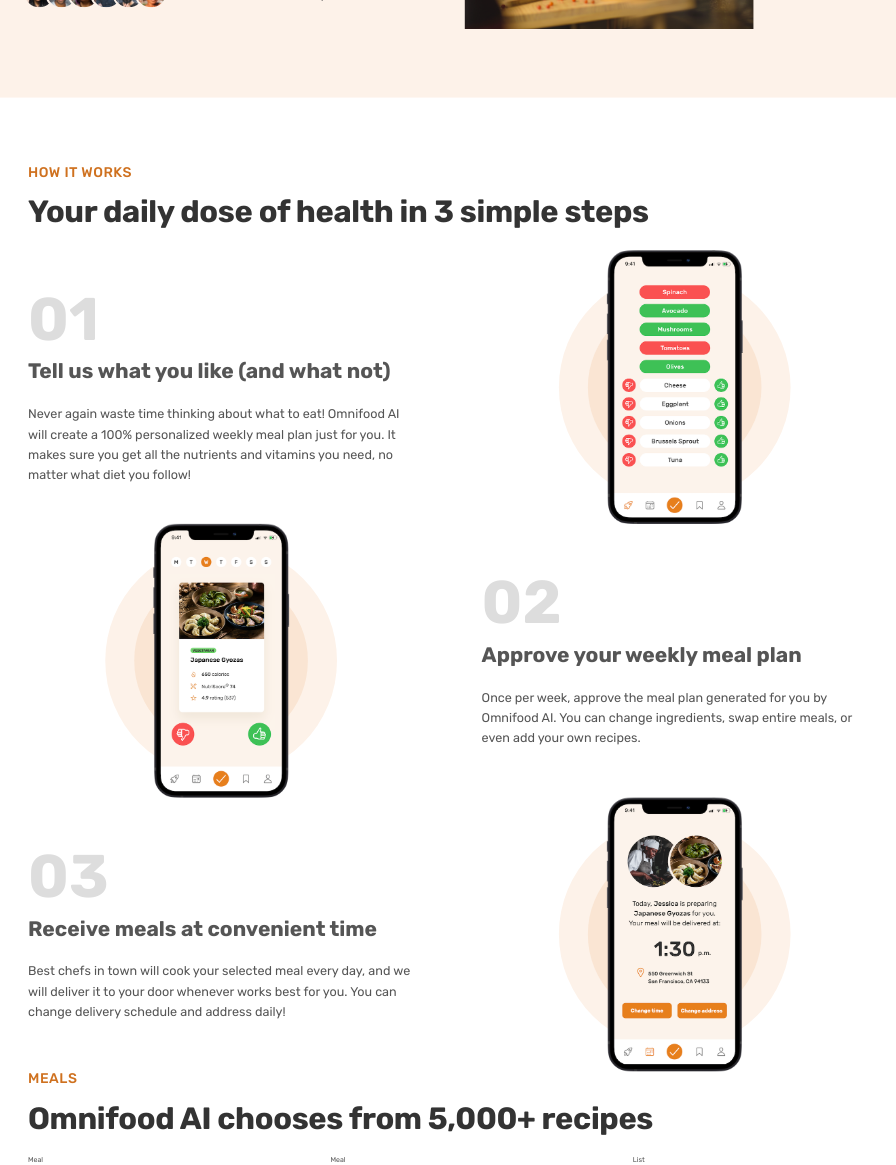
Repository: WefsCao/Omnifood
Page: index.html
These files come from the project's save history. The page is drawn as it stood at one moment and after the next save; the edit follows.
The browser window is 1280 px wide. The pictures show the part of the page from y = 678 to 2598 px (the page is 2342 px tall before and 2598 px after), at 70% of full size.

Above is the page before, as saved 2022-06-05 14:36:26.

### index.html
<!DOCTYPE html>
<html lang="en">
  <head>
    <meta charset="UTF-8" />
    <meta http-equiv="X-UA-Compatible" content="IE=edge" />
    <meta name="viewport" content="width=device-width, initial-scale=1.0" />

    <link rel="preconnect" href="https://fonts.googleapis.com" />
    <link rel="preconnect" href="https://fonts.gstatic.com" crossorigin />
    <link
      href="https://fonts.googleapis.com/css2?family=Rubik:wght@400;500;600;700&display=swap"
      rel="stylesheet"
    />
    <link rel="stylesheet" href="./css/general.css" />
    <link rel="stylesheet" href="./css/style.css" />
    <title>Omnifood</title>
  </head>
  <body>
    <header class="header">
      <img class="logo" src="img/omnifood-logo.png" alt="heder of logo" />

      <nav class="nav-main">
        <ul class="nav-main-list">
          <li><a href="#" class="nav-main-link">How it works</a></li>
          <li><a href="#" class="nav-main-link">Meals</a></li>
          <li><a href="#" class="nav-main-link">Testimonial</a></li>
          <li><a href="#" class="nav-main-link">Pricing</a></li>
          <li><a href="#" class="nav-main-link nav-cta">Try for free</a></li>
        </ul>
      </nav>
    </header>
    <main>
      <section class="section-hero">
        <div class="hero">
          <div class="hero-text-box">
            <h1 class="heading-primary">
              A healthy meal delivered to your door, every single day
            </h1>
            <p class="hero-description">
              The smart 365-days-per-year food subscription that will make you
              eat healthy again. Tailored to your personal tastes and
              nutritional needs.
            </p>
            <a href="#" class="btn btn--full margin-ringht-sm"
              >Start eating well</a
            >
            <a href="#" class="btn btn--outline">Learn more &darr;</a>
            <div class="delivered-meals">
              <div class="delivered-imgs">
                <img src="img/customers/customer-1.jpg" />
                <img src="img/customers/customer-2.jpg" />
                <img src="img/customers/customer-3.jpg" />
                <img src="img/customers/customer-4.jpg" />
                <img src="img/customers/customer-5.jpg" />
                <img src="img/customers/customer-6.jpg" />
              </div>
              <div class="delivered-text">
                <span>250,000+ </span>meals last year!
              </div>
            </div>
          </div>
          <div class="hero-img-box">
            <img src="img/hero.png" alt="Hero of image" class="hero-img" />
          </div>
        </div>
      </section>
      <section class="section-how">
        <div class="step-title container">
          <span class="subtitle">How it works</span>
          <h2 class="heading-secondary">
            Your daily dose of health in 3 simple steps
          </h2>
        </div>

        <!-- STEP 01 -->
        <div class="step-content container grid grid--2-cols">
          <div class="step-text-box">
            <div class="step-number">01</div>
            <h3 class="heading-tertiary">
              Tell us what you like (and what not)
            </h3>
            <p class="step-text">
              Never again waste time thinking about what to eat! Omnifood AI
              will create a 100% personalized weekly meal plan just for you. It
              makes sure you get all the nutrients and vitamins you need, no
              matter what diet you follow!
            </p>
          </div>
          <div class="step-img-box">
            <img
              class="step-img"
              src="img/app/app-screen-1.png"
              alt="app screen 1"
            />
          </div>
        </div>
        <!-- STEP 02 -->
        <div class="step-content container grid grid--2-cols">
          <div class="step-img-box">
            <img
              class="step-img"
              src="img/app/app-screen-2.png"
              alt="app screen 2"
            />
          </div>
          <div class="step-text-box">
            <div class="step-number">02</div>
            <h3 class="heading-tertiary">Approve your weekly meal plan</h3>
            <p class="step-text">
              Once per week, approve the meal plan generated for you by Omnifood
              AI. You can change ingredients, swap entire meals, or even add
              your own recipes.
            </p>
          </div>
        </div>

        <!-- STEP 03 -->
        <div class="step-content container grid grid--2-cols">
          <div class="step-text-box">
            <div class="step-number">03</div>
            <h3 class="heading-tertiary">Receive meals at convenient time</h3>
            <p class="step-text">
              Best chefs in town will cook your selected meal every day, and we
              will deliver it to your door whenever works best for you. You can
              change delivery schedule and address daily!
            </p>
          </div>
          <div class="step-img-box">
            <img
              class="step-img"
              src="img/app/app-screen-3.png"
              alt="app screen 3"
            />
          </div>
        </div>
      </section>
      <section class="section-meals">
        <div class="container">
          <span class="subtitle">Meals</span>
          <h2 class="heading-secondary">
            Omnifood AI chooses from 5,000+ recipes
          </h2>
        </div>
        <div class="container grid grid--3-cols">
          <div class="meal">Meal</div>
          <div class="meal">Meal</div>
          <div class="list">List</div>
        </div>
      </section>
    </main>
  </body>
</html>

### css/general.css
/*
--- 01 TYPOGRAPHY
- Font size system (px)
    10 / 12 / 14 / 16 / 18 / 20 / 24 / 30 / 36 / 44 / 52 / 62 / 74 / 86 / 98

- Font weights:
Default: 400

- Line heights:
Default: 1
Small: 1.05


--- 02 COLOR

- Primary: #e67e22
- Tints: #fdf2e9
- Shades: #cf711f
- Accents:
- Grey:
 #555
 #333

 --- 05 SHADOW

 --- 06 BORDER RADIUS
 - Default: 9px

 --- 07 WHITE SPACES
 - Spacing system (px)
 2 / 4 / 8 / 12 / 16 / 24 / 32 / 48 / 64 / 80 / 96 / 128
*/
html {
  font-size: 62.5%;
}
* {
  margin: 0;
  padding: 0;
  box-sizing: border-box;
}
body {
  font-family: "Rubik", sans-serif;
  color: #555;
  font-weight: 400;
  line-height: 1;
}

/****************************************/
/* GENERAL REUSE COMPONENTS */
/****************************************/
.heading-primary,
.heading-secondary {
  line-height: 1.05;
  color: #333;
  font-weight: 700;
  letter-spacing: -0.5px;
  margin-bottom: 3.2rem;
}
.heading-primary {
  font-size: 5.2rem;
}

.btn--full:link,
.btn--full:visited {
  background-color: #e67e22;
  color: #fff;
}
.btn--full:hover,
.btn--full:active {
  background-color: #cf711f;
}
.margin-ringht-sm {
  margin-right: 1.6rem;
}

.grid {
  display: grid;
  align-items: center;
  /* column-gap: 6.4rem;
  row-gap: 9.6rem; */
  gap: 9.6rem;
}
.grid--2-cols {
  grid-template-columns: repeat(2, 1fr);
}
.grid--3-cols {
  grid-template-columns: repeat(3, 1fr);
}
.container {
  max-width: 120rem;
  margin: 0 auto;
}

/*************************************/
/* HELPER CLASSES */
/*************************************/

### css/style.css
/****************************************/
/* HEADER */
/****************************************/
.header {
  display: flex;
  align-items: center;
  justify-content: space-between;
  height: 9.6rem;
  padding: 0 4.8rem;
  background-color: #fdf2e9;
}
.logo {
  height: 2.2rem;
}

/****************************************/
/* NAVIGATION */
/****************************************/

.nav-main-list {
  display: flex;
  align-items: center;
  gap: 3.2rem;
  list-style: none;
}
.nav-main-link:link,
.nav-main-link:visited {
  color: #333;
  font-size: 1.8rem;
  font-weight: 600;
  text-decoration: none;
  transition: all 0.3s;
}
.nav-main-link:hover,
.nav-main-link:active {
  color: #e67e22;
}

.nav-main-link.nav-cta:link,
.nav-main-link.nav-cta:visited {
  padding: 1.2rem 2.4rem;
  background-color: #e67e22;
  border-radius: 9px;
  color: #fff;
}
.nav-main-link.nav-cta:hover,
.nav-main-link.nav-cta:active {
  background-color: #cf711f;
}

/****************************************/
/* HERO */
/****************************************/
.section-hero {
  background-color: #fdf2e9;
  padding: 4.8rem 0 9.6rem 0;
}

.hero {
  display: grid;
  grid-template-columns: 1fr 1fr;
  gap: 4.8rem;
  align-items: center;
  max-width: 130rem;
  padding: 0 3.2rem;
  margin: 0 auto;
}

.hero-description {
  font-size: 2rem;
  line-height: 1.6;
  margin-bottom: 4.8rem;
}
.btn:link,
.btn:visited {
  outline: none;
  display: inline-block;
  padding: 1.6rem 3.2rem;
  font-size: 1.8rem;
  font-weight: 700;
  border-radius: 9px;
  text-decoration: none;
  transition: all 0.3s;
}

.btn--outline:link,
.btn--outline:visited {
  background-color: #fff;
  color: #555;
}
.btn--outline:hover,
.btn--outline:active {
  background-color: #fdf2e9;
  box-shadow: inset 0 0 0 3px #fff;
}

.delivered-meals {
  display: flex;
  align-items: center;
  gap: 1.6rem;
  margin-top: 8rem;
}
.delivered-imgs {
  display: flex;
}
.delivered-imgs img {
  width: 4.8rem;
  height: 4.8rem;
  border-radius: 50%;
  border: 3px solid #fdf2e9;
  margin-right: -1.6rem;
}
.delivered-imgs img:last-child {
  margin: 0;
}
.delivered-text {
  font-size: 2rem;
}
.delivered-text span {
  font-weight: 700;
  color: #cf711f;
}
.hero-img {
  width: 100%;
}

/****************************************/
/* HOW IT WORKS SECTION  */
/****************************************/

.step-title {
  margin-top: 9.6rem;
}
.step-content {
  /* margin-top: 9.6rem; */
}
.subtitle {
  letter-spacing: 0.75px;
  text-transform: uppercase;
  color: #cf711f;
  font-weight: 500;
  font-size: 2rem;
}
.heading-secondary {
  font-size: 4.4rem;
  margin-top: 2.4rem;
}
.step-number {
  font-size: 8.6rem;
  font-weight: 700;
  color: #ddd;
  margin-bottom: 1.6rem;
}
.heading-tertiary {
  font-size: 3rem;
  font-weight: 700;
}
.step-img-box {
  position: relative;
  display: flex;
  align-items: center;
  justify-content: center;
}
.step-img-box::before,
.step-img-box::after {
  content: "";
  display: block;
  position: absolute;
  border-radius: 50%;
  top: 50%;
  left: 50%;
  transform: translate(-50%, -50%);
}
.step-img-box::before {
  width: 60%;
  padding-bottom: 60%;
  background-color: #fdf2e9;
  z-index: -2;
}
.step-img-box::after {
  width: 45%;
  padding-bottom: 45%;
  background-color: #fae5d3;
  z-index: -1;
}
.step-text {
  margin-top: 3.2rem;
  font-size: 1.8rem;
  line-height: 1.6;
}
.step-img {
  width: 35%;
}

After the next save:
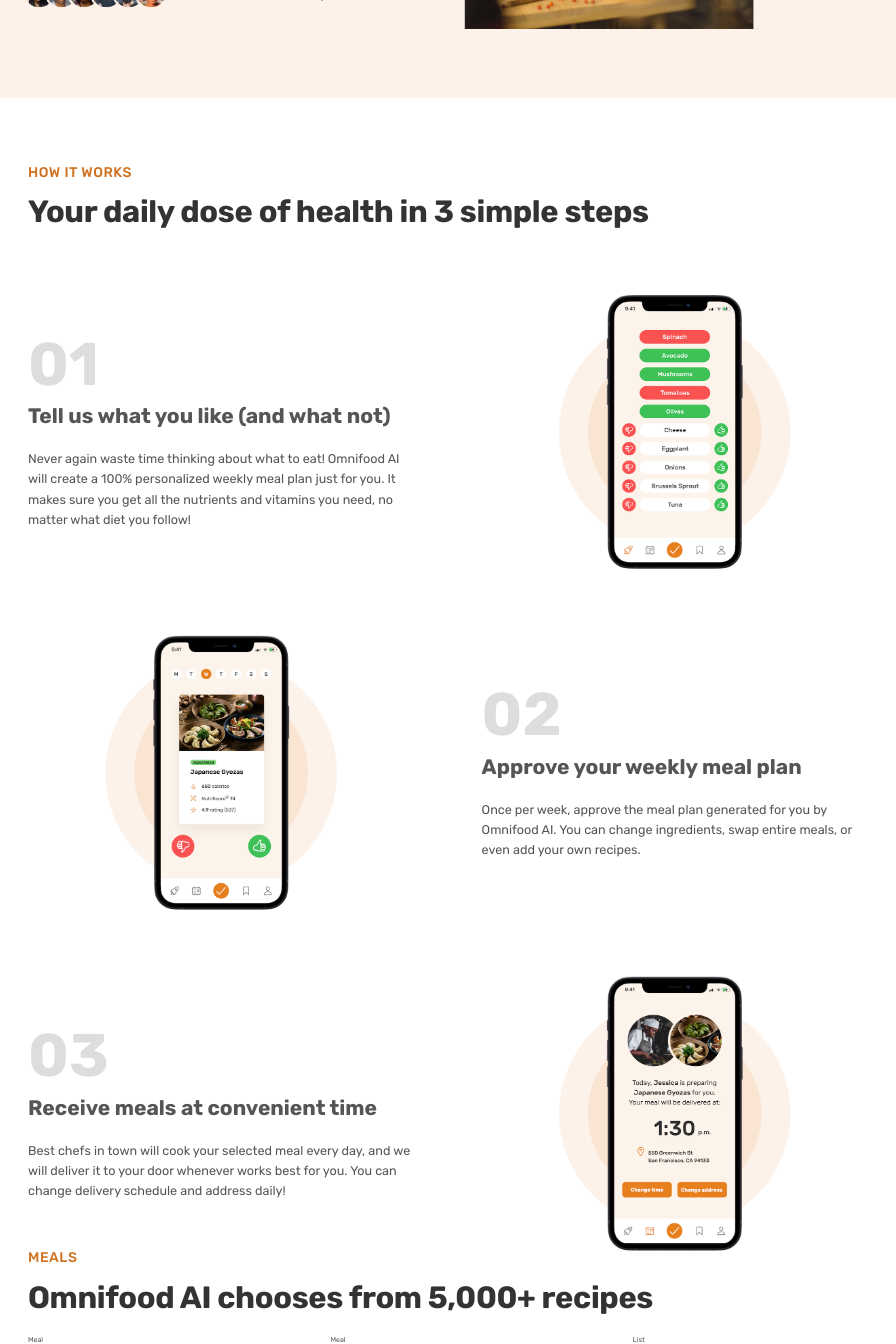
Saved 5 s later.
--- a/css/style.css
+++ b/css/style.css
@@ -132,7 +132,7 @@
   margin-top: 9.6rem;
 }
 .step-content {
-  /* margin-top: 9.6rem; */
+  margin-top: 9.6rem;
 }
 .subtitle {
   letter-spacing: 0.75px;
